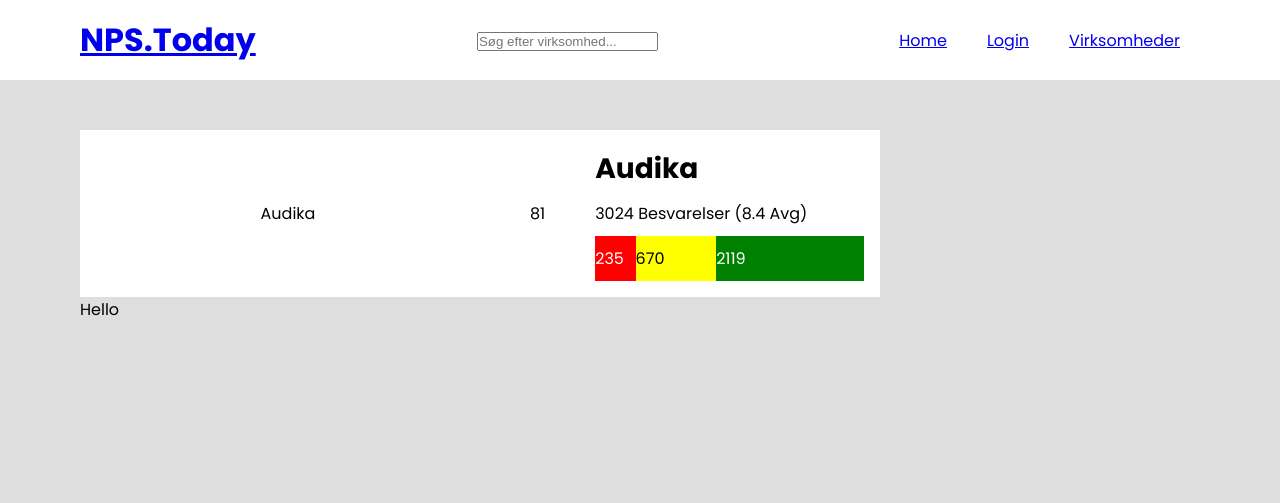
Repository: Shaydx/reviews
Page: /
An editor plug-in stored every save of this project. The page is shown before and after the next save, followed by the edit.
The browser window is 1280 px wide. The pictures show the whole page.
The project was rebuilt for these pictures with package versions that can differ from the ones it lists, and the page was loaded fresh each time. Also part of the build but not shown: src/pages/Login.js, src/pages/Virksomheder.js.

Above is the page before, as saved 2020-10-13 16:55:37.

### public/index.html
<!DOCTYPE html>
<html lang="en">

<head>
  <meta charset="utf-8" />
  <link rel="icon" href="%PUBLIC_URL%/favicon.ico" />
  <meta name="viewport" content="width=device-width, initial-scale=1" />
  <meta name="theme-color" content="#000000" />
  <meta name="description" content="Web site created using create-react-app" />
  <link rel="apple-touch-icon" href="%PUBLIC_URL%/logo192.png" />
  <!--
      manifest.json provides metadata used when your web app is installed on a
      user's mobile device or desktop. See https://developers.google.com/web/fundamentals/web-app-manifest/
    -->
  <link rel="manifest" href="%PUBLIC_URL%/manifest.json" />
  <!--
      Notice the use of %PUBLIC_URL% in the tags above.
      It will be replaced with the URL of the `public` folder during the build.
      Only files inside the `public` folder can be referenced from the HTML.

      Unlike "/favicon.ico" or "favicon.ico", "%PUBLIC_URL%/favicon.ico" will
      work correctly both with client-side routing and a non-root public URL.
      Learn how to configure a non-root public URL by running `npm run build`.
    -->
  <title>NPS.Today - Reviews</title>
</head>

<body>
  <noscript>You need to enable JavaScript to run this app.</noscript>
  <div id="root"></div>
  <!--
      This HTML file is a template.
      If you open it directly in the browser, you will see an empty page.

      You can add webfonts, meta tags, or analytics to this file.
      The build step will place the bundled scripts into the <body> tag.

      To begin the development, run `npm start` or `yarn start`.
      To create a production bundle, use `npm run build` or `yarn build`.
    -->
</body>

</html>

### src/index.css
@import url("https://fonts.googleapis.com/css2?family=Poppins:wght@300;400;700&display=swap");

* {
  margin: 0;
  padding: 0;
  box-sizing: border-box;
}

body {
  margin: 0 auto;
  font-family: "Poppins", sans-serif;
}

### src/App.js
import React from "react";
import { BrowserRouter as Router } from "react-router-dom";

// Styling
import "./assets/app.scss";

// Components
import Header from "./components/Header/Header";

// Routing
import Content from "./components/Routing/Routing";

function App() {
  return (
    <Router>
      <Header />
      <Content />
    </Router>
  );
}

export default App;

### src/assets/app.scss
// Abstracts
@import "./abstracts/variables";
@import "./abstracts/functions";

// Global
@import "./base/global";

// Partials
@import "./partials/header";

// Components
@import "./components/navbar";
@import "./components/analytics";

### src/components/Header/Header.js
import React from "react";

// Components
import Logo from "./Logo/Logo";
import Search from "./Search/Search";
import NavBar from "./Navbar/Navbar";

// Pages

const Header = () => {
  return (
    <div className="header-container">
      <Logo />
      <Search />
      <NavBar />
    </div>
  );
};

export default Header;

### src/components/Routing/Routing.js
import React from "react";
import { Switch, Route } from "react-router-dom";

// Pages
import Home from "../../pages/Home";
import Login from "../../pages/Login";
import Virksomheder from "../../pages/Virksomheder";

const Routing = () => {
  return (
    <Switch>
      <Route exact path={["/", "/home"]} component={Home} />
      <Route exact path={["/login"]} component={Login} />
      <Route exact path={["/virksomheder"]} component={Virksomheder} />
    </Switch>
  );
};

export default Routing;

### src/assets/abstracts/_variables.scss
// Colors
$red: #d62725;
$yellow: #fdc619;
$green: #00a46e;
$black: #3c3c3c;
$white: #ffffff;

$primary: $red;
$secondary: $green;

$margin: 30px 80px;
$first-of-type: 50px 80px;

### src/assets/abstracts/_functions.scss
html {
  background: #dedede;
}

### src/assets/base/_global.scss
main {
  margin: $margin;

  &:first-of-type {
    margin: $first-of-type;
  }
}

.container {
  width: 800px;
  padding: 1rem;
  background: $white;
}

### src/assets/partials/_header.scss
.header-container {
  width: 100vw;
  display: flex;
  justify-content: space-between;
  align-items: center;

  background: $white;
  padding: 1rem 80px;
}

### src/assets/components/_navbar.scss
nav {
  display: flex !important;
  background: #fff;

  ul {
    list-style: none;
    display: flex;
    flex-wrap: wrap;
    justify-content: space-between;
    justify-self: flex-end;
    align-items: center;

    li {
      list-style: none;
      padding: 10px 20px;
    }
  }
}

### src/assets/components/_analytics.scss
#analytics {
  display: grid;
  grid-template-columns: 1fr 1fr;
  grid-template-areas: "Logo Analytics";

  .logo {
    grid-area: Logo;
    align-self: center;
    justify-self: center;
  }

  .analytics {
    display: grid;
    grid-template-columns: 30% 70%;
    grid-template-rows: 1fr 1fr 1fr;
    gap: 0px 0px;
    grid-template-areas:
      "Gauge Name"
      "Gauge total-respondents"
      "Gauge spread";
    grid-area: Analytics;

    .gauge {
      grid-area: Gauge;
      align-self: center;
      justify-self: center;
    }

    .name {
      grid-area: Name;
      align-self: center;
      font-size: 28px;
      font-weight: 700;
    }

    .total-respondents {
      grid-area: total-respondents;
      align-self: center;
    }

    .spread {
      display: grid;
      grid-template-columns: 15% 30% 55%;
      grid-template-rows: 1fr;
      grid-template-areas: "detractors passive promoters";
      grid-area: spread;

      .detractors {
        grid-area: detractors;
        background: red;
        color: white;
        padding: 10px 0;
      }
      .passive {
        grid-area: passive;
        background: yellow;
        padding: 10px 0;
      }
      .promoters {
        grid-area: promoters;
        background: green;
        color: white;
        padding: 10px 0;
      }
    }
  }
}

### src/components/Header/Logo/Logo.js
import React from "react";
import { Link } from "react-router-dom";

function Logo() {
  return (
    <div className="logo">
      <Link to="/">
        <h1>NPS.Today</h1>
      </Link>
    </div>
  );
}

export default Logo;

### src/components/Header/Search/Search.js
import React from "react";

const Search = () => {
  return (
    <div className="search">
      <input
        type="search"
        name="search"
        id="search"
        placeholder="Søg efter virksomhed..."
      />
    </div>
  );
};

export default Search;

### src/components/Header/Navbar/Navbar.js
import React from "react";
import { NavLink } from "react-router-dom";

function Navbar() {
  return (
    <nav className="navigation">
      <ul className="menu">
        <li className="menu-item">
          <NavLink to="/" activeClassName="current-menu-item">
            Home
          </NavLink>
        </li>
        <li className="menu-item">
          <NavLink to="/login" activeClassName="current-menu-item">
            Login
          </NavLink>
        </li>
        <li className="menu-item">
          <NavLink to="/virksomheder" activeClassName="current-menu-item">
            Virksomheder
          </NavLink>
        </li>
      </ul>
    </nav>
  );
}

export default Navbar;

### src/pages/Home.js
import React from "react";

// Components
import Analytics from "../components/Analytics/Analytics";

const Home = () => {
  return (
    <main>
      <Analytics />
      <aside>Hello</aside>
    </main>
  );
};

export default Home;

### src/components/Analytics/Analytics.js
import React from "react";

const Analytics = () => {
  return (
    <div id="analytics" className="container">
      <div className="logo">Audika</div>
      <div className="analytics">
        <div className="gauge">
          <span>81</span>
        </div>
        <div className="name">Audika</div>
        <div className="total-respondents">
          3024 Besvarelser
          <span className="avg"> (8.4 Avg)</span>
        </div>
        <div className="spread">
          <div className="detractors">235</div>
          <div className="passive">670</div>
          <div className="promoters">2119</div>
        </div>
      </div>
    </div>
  );
};

export default Analytics;

Loaded but not shown: src/index.js (common file); src/serviceWorker.js (common file)

After the next save:
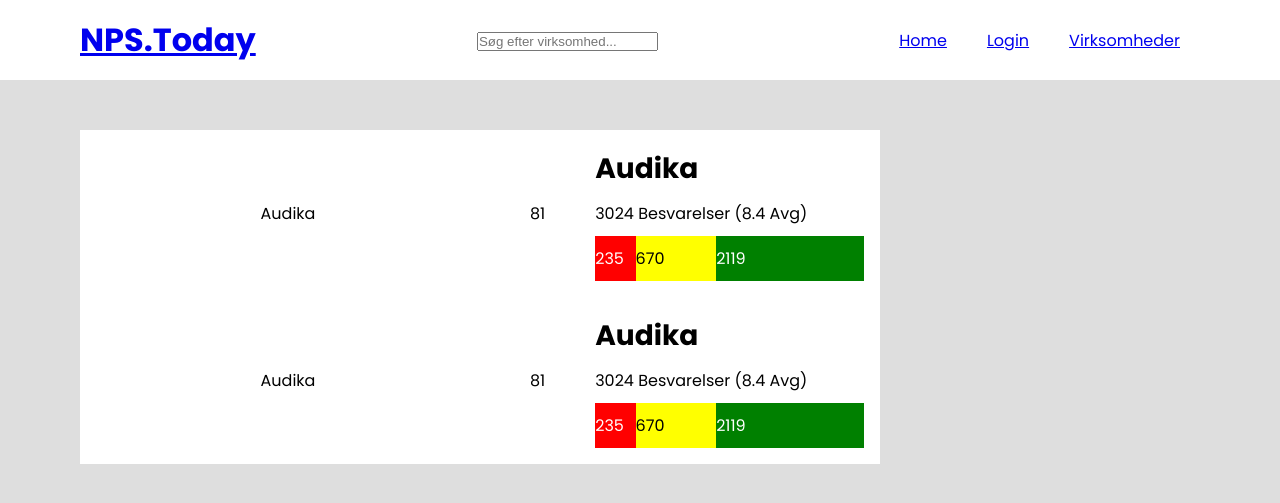
Saved 28 s later.
--- a/src/pages/Home.js
+++ b/src/pages/Home.js
@@ -2,12 +2,13 @@
 
 // Components
 import Analytics from "../components/Analytics/Analytics";
+import Sidebar from "../components/Analytics/Analytics";
 
 const Home = () => {
   return (
     <main>
       <Analytics />
-      <aside>Hello</aside>
+      <Sidebar />
     </main>
   );
 };
